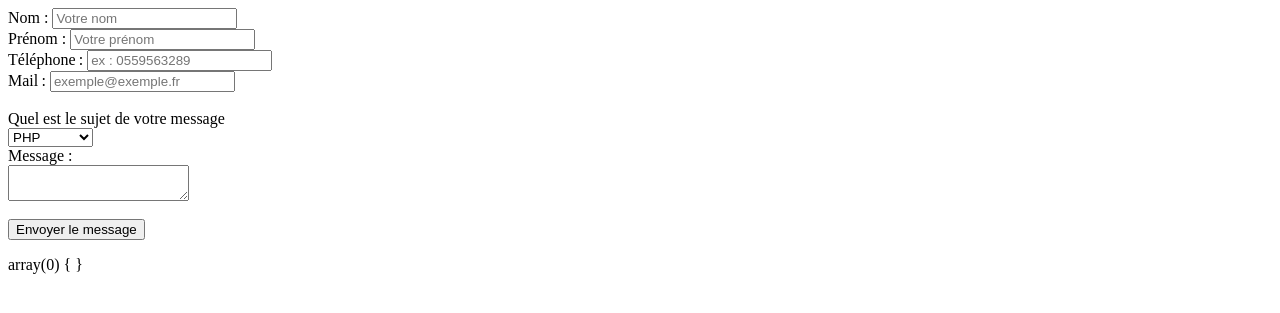
Repository: Val712/quete-Formulaires
Page: http://localhost/form.php
The author's editor kept a copy of each file at every save. The page is drawn from the files as they stood at one save, then again after the next save.
The browser window is 1280 px wide. The pictures show the whole page.
The page is run by PHP 8.4 with error messages shown; the project is at /var/www/html/.

Above is the page before, as saved 2019-08-25 11:19:48.

After the next save:
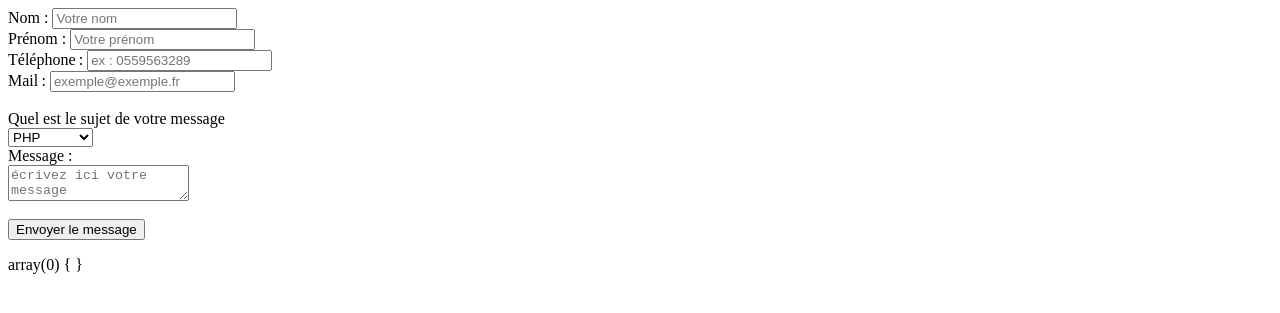
Saved 87 s later.
--- a/form.php
+++ b/form.php
@@ -27,7 +27,7 @@
 
     <div>
         <label for="msg">Message :</label> </br>
-        <textarea id="msg" name="user_message" required></textarea placeholder="écrivez ici votre message"maxlength="255">
+        <textarea id="msg" name="user_message" required placeholder="écrivez ici votre message"maxlength="255"></textarea>
     </div> </br>
 
     <div class="button">
